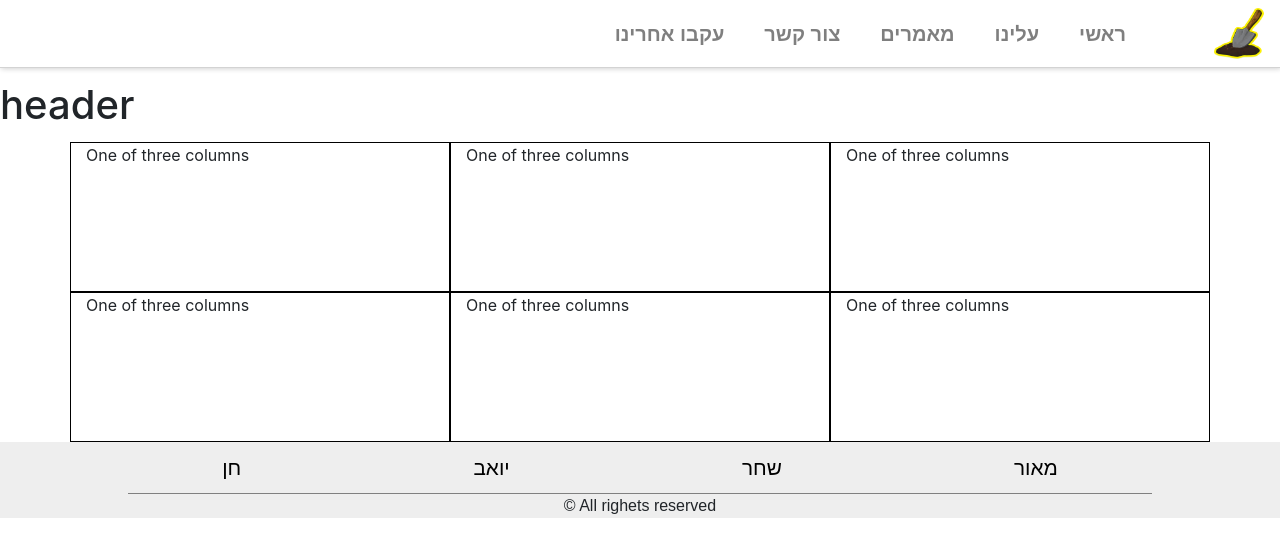
Repository: yoavBenZion/Blog-Zubi
Page: articlesPage.html
The author's editor kept a copy of each file at every save. The page is drawn from the files as they stood at one save, then again after the next save.
The browser window is 1280 px wide. The pictures show the whole page.
Some web fonts or font styles are not loaded; a fallback is used. Some web libraries are served in a nearby version.

Above is the page before, as saved 2017-10-26 11:33:10.

### articlesPage.html
<!DOCTYPE html>
<html lang="he">

<head>
    <meta charset="UTF-8">
    <meta name="viewport" content="width=device-width, initial-scale=1,user-scalable=no;">
    <title>החופרים</title>
    <link rel="stylesheet" href="https://maxcdn.bootstrapcdn.com/bootstrap/4.0.0-beta/css/bootstrap.min.css" integrity="sha384-/Y6pD6FV/Vv2HJnA6t+vslU6fwYXjCFtcEpHbNJ0lyAFsXTsjBbfaDjzALeQsN6M"
        crossorigin="anonymous">
    <link rel="stylesheet" href="https://maxcdn.bootstrapcdn.com/bootstrap/4.0.0-beta.2/css/bootstrap.min.css" integrity="sha384-PsH8R72JQ3SOdhVi3uxftmaW6Vc51MKb0q5P2rRUpPvrszuE4W1povHYgTpBfshb"
        crossorigin="anonymous">

    <script src="https://code.jquery.com/jquery-3.2.1.slim.min.js" integrity="sha384-KJ3o2DKtIkvYIK3UENzmM7KCkRr/rE9/Qpg6aAZGJwFDMVNA/GpGFF93hXpG5KkN"
        crossorigin="anonymous"></script>
    <script src="https://cdnjs.cloudflare.com/ajax/libs/popper.js/1.12.3/umd/popper.min.js" integrity="sha384-vFJXuSJphROIrBnz7yo7oB41mKfc8JzQZiCq4NCceLEaO4IHwicKwpJf9c9IpFgh"
        crossorigin="anonymous"></script>
    <script src="https://maxcdn.bootstrapcdn.com/bootstrap/4.0.0-beta.2/js/bootstrap.min.js" integrity="sha384-alpBpkh1PFOepccYVYDB4do5UnbKysX5WZXm3XxPqe5iKTfUKjNkCk9SaVuEZflJ"
        crossorigin="anonymous"></script>
    <link rel="stylesheet" href="css/Gridrispon.css" type="text/css">
    <link rel="stylesheet" href="css/header.css" type="text/css">
    <link rel="stylesheet" href="css/PopupRispon.css">
    <link rel="stylesheet" href="css/footer.css">
    <link rel="stylesheet" type="text/css" href="css/articlesPage.css">



</head>

<body dir="rtl">
    <header>

        <nav class="navbar navbar-expand-sm navbar-light bg-faded">
            <button class="navbar-toggler" type="button" data-toggle="collapse" data-target="#nav-content" aria-controls="nav-content"
                aria-expanded="false" aria-label="Toggle navigation">
                <span class="navbar-toggler-icon"></span>
            </button>
            <div class="logo">
                <img src="./img/shovel-575661_1280.png">
            </div>
            <!-- Brand -->
            <a class="navbar-brand" href="#"> </a>

            <!-- Links -->
            <div class="collapse navbar-collapse" id="nav-content">
                <ul class="navbar-nav">
                    <li class="nav-item">
                        <a class="nav-link" href="#1">ראשי</a>
                    </li>
                    <li class="nav-item">
                        <a class="nav-link" href="#2">עלינו</a>
                    </li>
                    <li class="nav-item">
                        <a class="nav-link" href="#5">מאמרים</a>
                    </li>
                    <li class="nav-item">
                        <a class="nav-link" href="contact.html">צור קשר</a>
                    </li>
                    <li class="nav-item">
                        <a class="nav-link" href="subscribe.html">עקבו אחרינו</a>
                    </li>
                </ul>

            </div>

        </nav>

    </header>


    <h1>header</h1>
    <div class="container">
        <div class="row">
            <div class="col">
                One of three columns
            </div>
            <div class="col">
                One of three columns
            </div>
            <div class="col">
                One of three columns
            </div>
        </div>
        <div class="row">
            <div class="col">
                One of three columns
            </div>
            <div class="col">
                One of three columns
            </div>
            <div class="col">
                One of three columns
            </div>
        </div>
    </div>

    <footer id="footer">
        <ul>
            <li class="box">
                <a class="button" href="#popup3">
                    מאור
                </a>
            </li>
            <li class="box">
                <a class="button" href="#popup2">
                    שחר
                </a>
            </li>
            <li class="box">
                <a class="button" href="#popup1">
                    יואב
                </a>
            </li>
            <li>
                <a class="button" href="#popup4">
                    חן
                </a>
            </li>
        </ul>
        </div>
        <!--yoav popup-->
        <div id="popup1" class="overlay">
            <div class="popup">
                <h2>Yoav Benzion</h2>
                <a class="close" href="#footer">&times;</a>
                <div class="content">
                    <div class="footer-social-icons">
                        <img class="avatar" src="img/yoav.jfif">
                        <p>front end web developer</p>
                        <h4 class="_14">Follow me on:</h4>
                        <ul class="social-icons">
                            <li>
                                <a href="https://www.facebook.com/yoav.benzion.5" target="_blank" class="social-icon">
                                    <i class="fa fa-facebook"></i>
                                </a>
                            </li>
                            <li>
                                <a href="https://twitter.com/Yoav_BenZion" target="_blank" class="social-icon">
                                    <i class="fa fa-twitter"></i>
                                </a>
                            </li>
                            <li>
                                <a href="https://github.com/yoavBenZion" target="_blank" class="social-icon">
                                    <i class="fa fa-github"></i>
                                </a>
                            </li>
                            <li>
                                <a href="https://codepen.io/yoavBZ/" target="_blank" class="social-icon">
                                    <i class="fa fa-codepen"></i>
                                </a>
                            </li>
                            <li>
                                <a href="https://www.linkedin.com/in/yoav-benzion-45818360/" target="_blank" class="social-icon">
                                    <i class="fa fa-linkedin"></i>
                                </a>
                            </li>
                            <li>
                                <a href="https://stackoverflow.com/users/8386160/yoav-b" target="_blank" class="social-icon">
                                    <i class="fa fa-stack-overflow"></i>
                                </a>
                            </li>
                        </ul>
                    </div>
                </div>
            </div>
        </div>
        <!--Shachar popup-->
        <div id="popup2" class="overlay">
            <div class="popup">
                <h2>Shachar</h2>
                <a class="close" href="#footer">&times;</a>
                <div class="content">
                    <div class="footer-social-icons">
                        <img class="avatar" src="img/kid.jpg">
                        <p>front end web developer</p>
                        <h4 class="_14">Follow me on:</h4>
                        <ul class="social-icons">
                            <li>
                                <a href="" class="social-icon">
                                    <i class="fa fa-facebook"></i>
                                </a>
                            </li>
                            <li>
                                <a href="" class="social-icon">
                                    <i class="fa fa-twitter"></i>
                                </a>
                            </li>
                            <li>
                                <a href="" class="social-icon">
                                    <i class="fa fa-github"></i>
                                </a>
                            </li>
                            <li>
                                <a href="" class="social-icon">
                                    <i class="fa fa-codepen"></i>
                                </a>
                            </li>
                            <li>
                                <a href="" class="social-icon">
                                    <i class="fa fa-linkedin"></i>
                                </a>
                            </li>
                            <li>
                                <a href="" class="social-icon">
                                    <i class="fa fa-stack-overflow"></i>
                                </a>
                            </li>
                        </ul>
                    </div>
                </div>
            </div>
        </div>

        <!--Maor popup-->

        <div id="popup3" class="overlay">
            <div class="popup">
                <h2>Maor</h2>
                <a class="close" href="#footer">&times;</a>
                <div class="content">
                    <div class="footer-social-icons">
                        <img class="avatar" src="img/mona.jpg">
                        <p>front end web developer</p>
                        <h4 class="_14">Follow me on:</h4>
                        <ul class="social-icons">
                            <li>
                                <a href="" class="social-icon">
                                    <i class="fa fa-facebook"></i>
                                </a>
                            </li>
                            <li>
                                <a href="" class="social-icon">
                                    <i class="fa fa-twitter"></i>
                                </a>
                            </li>
                            <li>
                                <a href="" class="social-icon">
                                    <i class="fa fa-github"></i>
                                </a>
                            </li>
                            <li>
                                <a href="" class="social-icon">
                                    <i class="fa fa-codepen"></i>
                                </a>
                            </li>
                            <li>
                                <a href="" class="social-icon">
                                    <i class="fa fa-linkedin"></i>
                                </a>
                            </li>
                            <li>
                                <a href="" class="social-icon">
                                    <i class="fa fa-stack-overflow"></i>
                                </a>
                            </li>
                        </ul>
                    </div>
                </div>
            </div>
        </div>

        <!--Chen popup-->
        <div id="popup4" class="overlay">
            <div class="popup">
                <h2>Chen Ginsberg</h2>
                <a class="close" href="#footer">&times;</a>
                <div class="content">
                    <!--          <div class="footer-social-icons">-->
                    <img class="avatar" src="img/MINER.jpg">
                    <p>front end web developer</p>
                    <h4 class="_14">Follow me on:</h4>
                    <ul class="social-icons">
                        <li>
                            <a href="https://www.facebook.com/chenogi" class="social-icon">
                                <i class="fa fa-facebook"></i>
                            </a>
                        </li>
                        <li>
                            <a href="https://github.com/ChenGinsberg?" class="social-icon">
                                <i class="fa fa-github"></i>
                            </a>
                        </li>
                        <li>
                            <a href="https://www.linkedin.com/in/chen-ginsberg-8829a713b/" class="social-icon">
                                <i class="fa fa-linkedin"></i>
                            </a>
                        </li>
                        <li>
                            <a href="https://stackoverflow.com/users/8377318/chen-ginsberg" class="social-icon">
                                <i class="fa fa-stack-overflow"></i>
                            </a>
                        </li>
                    </ul>
                </div>
            </div>
        </div>



        <div class="footer-bottem" dir="ltr">&copy; All righets reserved </div>
    </footer>
    <script src="https://code.jquery.com/jquery-3.2.1.slim.min.js" integrity="sha384-KJ3o2DKtIkvYIK3UENzmM7KCkRr/rE9/Qpg6aAZGJwFDMVNA/GpGFF93hXpG5KkN"
        crossorigin="anonymous"></script>
    <script src="https://cdnjs.cloudflare.com/ajax/libs/popper.js/1.11.0/umd/popper.min.js" integrity="sha384-b/U6ypiBEHpOf/4+1nzFpr53nxSS+GLCkfwBdFNTxtclqqenISfwAzpKaMNFNmj4"
        crossorigin="anonymous"></script>
    <script src="https://maxcdn.bootstrapcdn.com/bootstrap/4.0.0-beta/js/bootstrap.min.js" integrity="sha384-h0AbiXch4ZDo7tp9hKZ4TsHbi047NrKGLO3SEJAg45jXxnGIfYzk4Si90RDIqNm1"
        crossorigin="anonymous"></script>
</body>

</html>

### css/footer.css
@import url(http://fonts.googleapis.com/earlyaccess/alefhebrew.css);
footer {
  background-color: #eee;
  text-align: center;
  font-family: "Alef Hebrew", sans-serif;
  font-size: 1.3rem;
}

footer ul {
  display: flex;
  flex-direction: row;
  padding-right: 0;
  justify-content: space-evenly;
}

footer ul>li {
  list-style: none;
  padding: 10px;
  /*  background-color: #29C3FF;*/
}

footer ul>li:nth-child(odd) {
  color: #93A2A8;
}

footer ul>li:nth-child(even) {
  color: #E2DDE7;
}

footer ul>li:hover {
  background-color: #fff;
  /*  flex: 1;*/
  /*  font-size: 1.5rem;*/
  color: #E2DD11;
  /*  background-repeat: no-repeat;*/
}


/*
footer ul {
  display: grid;
  grid-template-columns: repeat(4, 1fr);
  grid-auto-rows:minmax(50px, auto);
  margin-right: -40px;
 grid-gap: 0.5em;
}
*/

.about,
.footer-bottem {
  text-align: center;
  width: 80%;
  margin: 0 auto;
}

.about {
  border-bottom: 1px dotted black;
}

.footer-bottem {
  border-top: 0.5px solid grey;
  font-size: 1rem;
}

### css/articlesPage.css
/* Grid */

body {
    background-color: ;
}

.col {
    height: 150px;
    border: 1px solid black;
}

Loaded but not shown: css/PopupRispon.css (986 lines, source omitted); css/Gridrispon.css (977 lines, source omitted); css/header.css (no stored copy; drawn as an empty file)

After the next save:
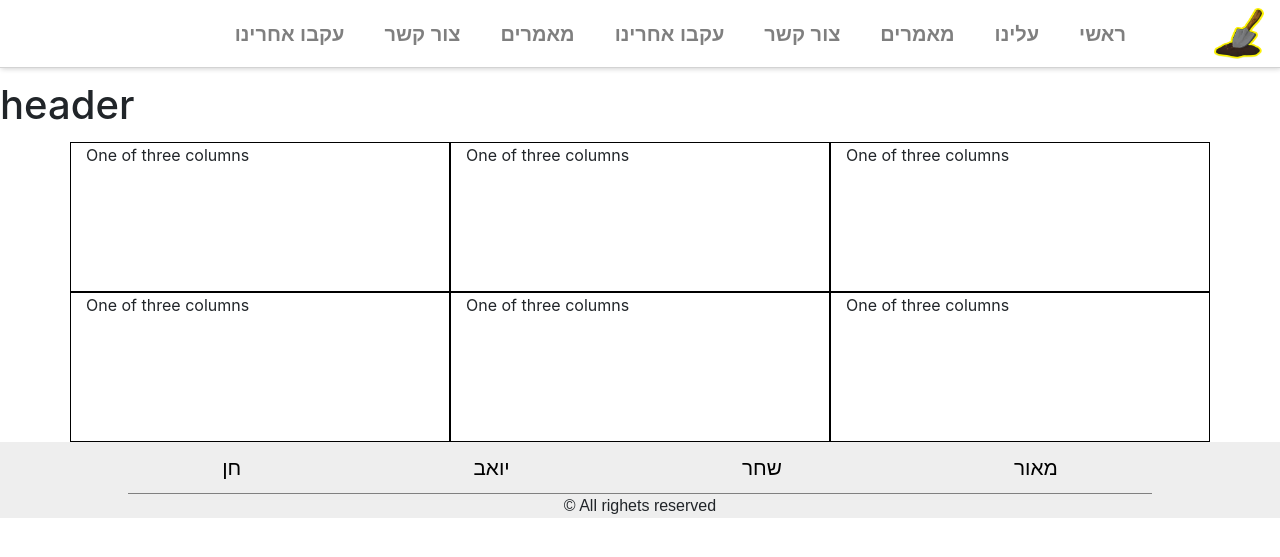
Saved 20 s later.
--- a/articlesPage.html
+++ b/articlesPage.html
@@ -48,6 +48,15 @@
                     </li>
                     <li class="nav-item">
                         <a class="nav-link" href="#2">עלינו</a>
+                    </li>
+                    <li class="nav-item">
+                        <a class="nav-link" href="#5">מאמרים</a>
+                    </li>
+                    <li class="nav-item">
+                        <a class="nav-link" href="contact.html">צור קשר</a>
+                    </li>
+                    <li class="nav-item">
+                        <a class="nav-link" href="subscribe.html">עקבו אחרינו</a>
                     </li>
                     <li class="nav-item">
                         <a class="nav-link" href="#5">מאמרים</a>

After the save that followed:
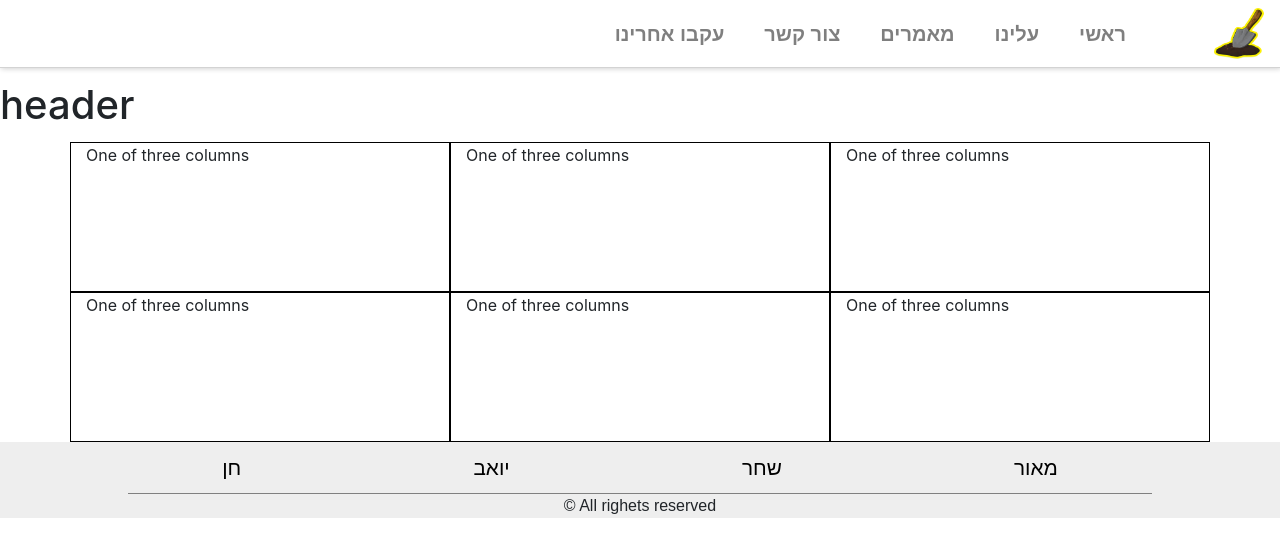
Saved 12 s later.
--- a/articlesPage.html
+++ b/articlesPage.html
@@ -58,15 +58,7 @@
                     <li class="nav-item">
                         <a class="nav-link" href="subscribe.html">עקבו אחרינו</a>
                     </li>
-                    <li class="nav-item">
-                        <a class="nav-link" href="#5">מאמרים</a>
-                    </li>
-                    <li class="nav-item">
-                        <a class="nav-link" href="contact.html">צור קשר</a>
-                    </li>
-                    <li class="nav-item">
-                        <a class="nav-link" href="subscribe.html">עקבו אחרינו</a>
-                    </li>
+
                 </ul>
 
             </div>
